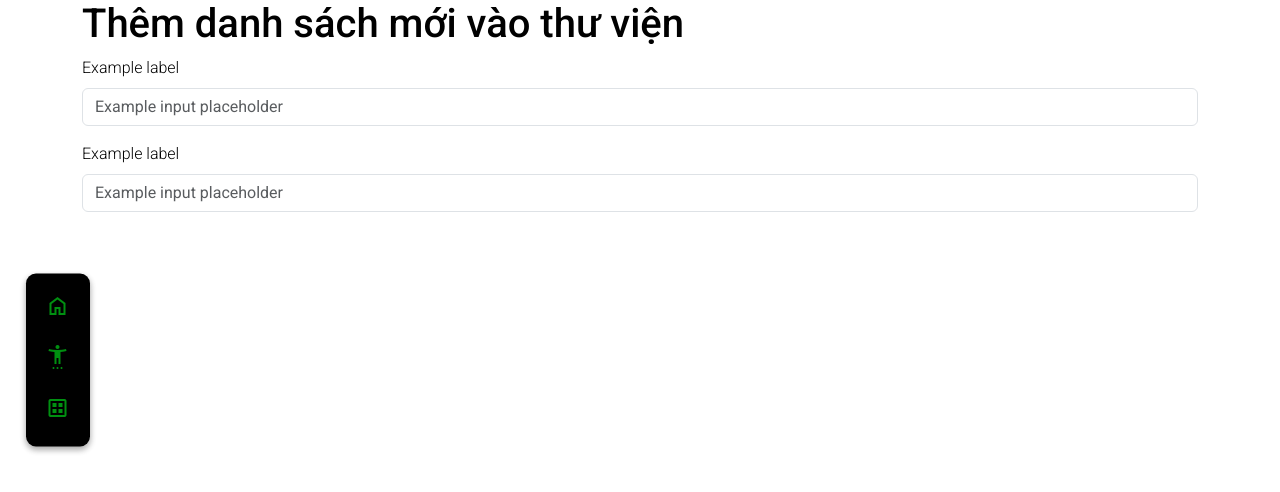
Repository: tuankiet10920/homeworkFEF
Page: /about
These files come from the project's save history. The page is drawn as it stood at one moment and after the next save; the edit follows.
The browser window is 1280 px wide. The pictures show the whole page.
The project was rebuilt for these pictures with package versions that can differ from the ones it lists, and the page was loaded fresh each time. Also part of the build but not shown: vite.config.js, src/views/HomeView.vue. Imported but missing from the stored project, and not drawn on this page: src/assets/audio/intro.mp3.

Above is the page before, as saved 2024-10-24 11:03:31.

### index.html
<!doctype html>
<html lang="en">
  <head>
    <meta charset="UTF-8" />
    <link rel="icon" href="/favicon.ico" />
    <meta name="viewport" content="width=device-width, initial-scale=1.0" />
    <link
      href="https://cdn.jsdelivr.net/npm/bootstrap@5.3.3/dist/css/bootstrap.min.css"
      rel="stylesheet"
      integrity="sha384-QWTKZyjpPEjISv5WaRU9OFeRpok6YctnYmDr5pNlyT2bRjXh0JMhjY6hW+ALEwIH"
      crossorigin="anonymous"
    />
    <link
      rel="stylesheet"
      href="https://fonts.googleapis.com/css2?family=Material+Symbols+Outlined:opsz,wght,FILL,GRAD@20..48,100..700,0..1,-50..200"
    />
    <link rel="preconnect" href="https://fonts.googleapis.com" />
    <link rel="preconnect" href="https://fonts.gstatic.com" crossorigin />
    <link
      href="https://fonts.googleapis.com/css2?family=Roboto:ital,wght@0,100;0,300;0,400;0,500;0,700;0,900;1,100;1,300;1,400;1,500;1,700;1,900&display=swap"
      rel="stylesheet"
    />
    <title>Vite App</title>
    <link rel="stylesheet" href="./src/assets/css/main.css" />
  </head>
  <body>
    <div id="app"></div>
    <script
      src="https://cdn.jsdelivr.net/npm/bootstrap@5.3.3/dist/js/bootstrap.bundle.min.js"
      integrity="sha384-YvpcrYf0tY3lHB60NNkmXc5s9fDVZLESaAA55NDzOxhy9GkcIdslK1eN7N6jIeHz"
      crossorigin="anonymous"
    ></script>
    <script type="module" src="/src/main.js"></script>
  </body>
</html>

### src/assets/css/main.css
* {
  margin: 0;
  padding: 0;
  box-sizing: border-box;
  text-decoration: none;
  color: #000;
  font-size: 16px;
  font-family: 'Roboto', sans-serif;
  font-weight: 300;
  font-style: normal;
}

### src/App.vue
<script setup>
import { RouterLink, RouterView } from 'vue-router'
import GetSrcImage from './assets/help/getSrcImage.js'
import Icon from './components/Icon.vue'
</script>

<template>
  <header>
    <div class="wrapper">
      <nav>
        <RouterLink to="/">
          <Icon iconName="home" />
        </RouterLink>

        <RouterLink to="/about">
          <Icon iconName="settings_accessibility" />
        </RouterLink>

        <RouterLink to="/labs">
          <Icon iconName="dataset" />
        </RouterLink>
      </nav>
    </div>
  </header>
  <RouterView />
</template>

<style scoped>
.wrapper nav a {
  margin-bottom: 20px;
  width: fit-content;
  text-decoration: none;
}
.wrapper nav a span {
  color: #009011;
}
.wrapper nav a:last-child {
  margin-bottom: 0;
}
nav {
  display: flex;
  flex-direction: column;
  justify-content: center;
  position: absolute;
  top: 50%;
  left: 2%;
  transform: translateY(-50%);
  padding: 20px;
  border-radius: 10px;
  background: #000;
  box-shadow:
    rgba(0, 0, 0, 0.16) 0px 3px 6px,
    rgba(0, 0, 0, 0.23) 0px 3px 6px;
}
</style>

### src/router/index.js
import { createRouter, createWebHistory } from 'vue-router'
import HomeView from '../views/HomeView.vue'

const router = createRouter({
  history: createWebHistory(import.meta.env.BASE_URL),
  routes: [
    {
      path: '/',
      name: 'home',
      component: HomeView,
    },
    {
      path: '/about',
      name: 'about',
      // route level code-splitting
      // this generates a separate chunk (About.[hash].js) for this route
      // which is lazy-loaded when the route is visited.
      component: () => import('../views/AboutView.vue'),
    },
    {
      path: '/labs',
      name: 'labs',
      component: () => import('../views/LabView.vue'),
    }
  ],
})

export default router

### src/assets/help/getSrcImage.js
const getSrcImage = (image) => {
    let __path = 'http://localhost:5173/src/assets/img/'
    return __path + image
}
export default getSrcImage

### src/components/Icon.vue
<script setup>
const props = defineProps(['iconName'])
</script>
<template>
  <span class="material-symbols-outlined"> {{ props.iconName }} </span>
</template>
<style scoped></style>

### src/views/AboutView.vue
<script setup>
import Bai1 from '../Labs/Lab4/Bai1.vue'
</script>
<template>
  <Bai1 />
</template>

<style></style>

### src/Labs/Lab4/Bai1.vue
<script setup></script>
<template>
  <div class="container">
    <form>
      <h1>Thêm danh sách mới vào thư viện</h1>
      <div class="mb-3">
        <label for="formGroupExampleInput" class="form-label"
          >Example label</label
        >
        <input
          type="text"
          class="form-control"
          id="formGroupExampleInput"
          placeholder="Example input placeholder"
        />
      </div>
      <div class="mb-3">
        <label for="formGroupExampleInput" class="form-label"
          >Example label</label
        >
        <input
          type="text"
          class="form-control"
          id="formGroupExampleInput"
          placeholder="Example input placeholder"
        />
      </div>
    </form>
  </div>
</template>
<style scoped></style>

### src/Labs/Lab1/Bai2.vue
<script setup></script>
<template>
    <h1>Chào mừng đến với Vuejs</h1>
</template>
<style scoped>
h1{
    color: red;
}
</style>

Loaded but not shown: src/main.js (common file)

After the next save:
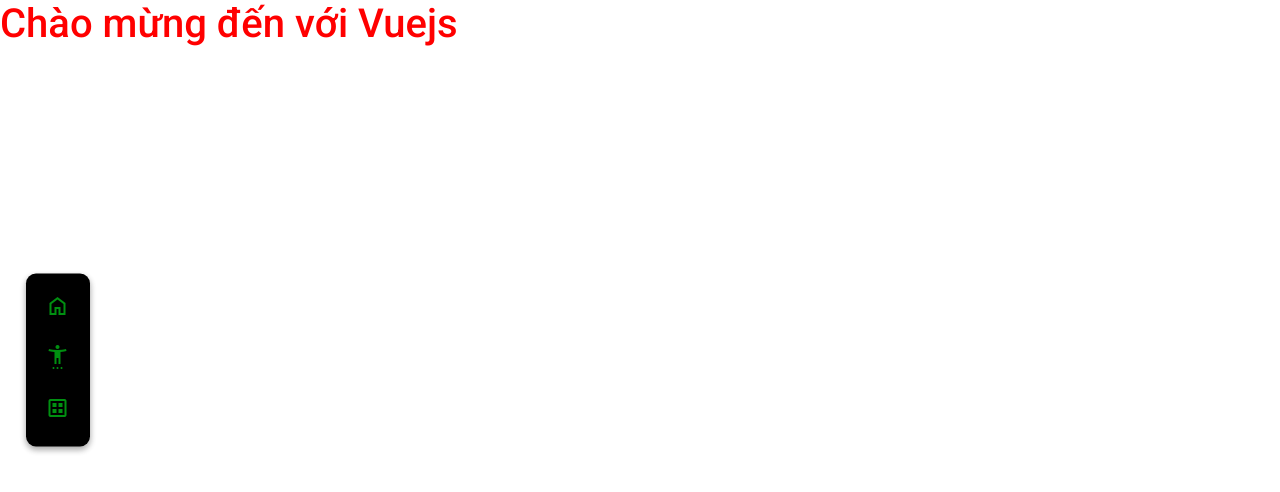
Saved 117 s later.
--- a/src/views/AboutView.vue
+++ b/src/views/AboutView.vue
@@ -1,8 +1,10 @@
 <script setup>
-import Bai1 from '../Labs/Lab4/Bai1.vue'
+const number = 1
+const string = `../Labs/Lab4/Bai${number}.vue`
+import Bai from '@/Labs/Lab1/Bai2.vue'
 </script>
 <template>
-  <Bai1 />
+  <Bai />
 </template>
 
 <style></style>

After the 2 saves that followed:
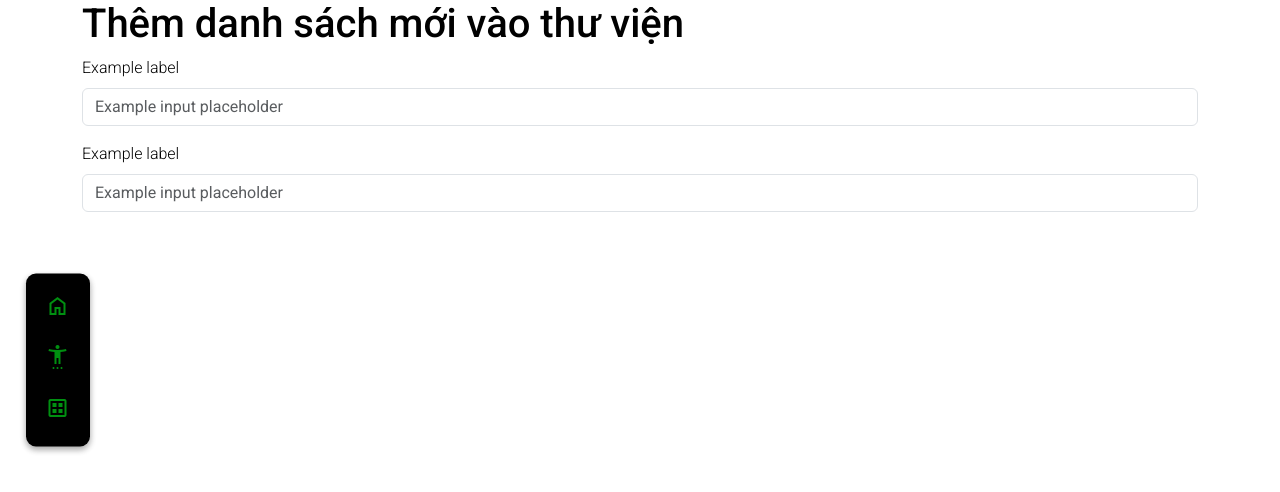
The 2 saves are shown as one change because 1 did not build or start.
The last was saved 53 s later.
--- a/src/views/AboutView.vue
+++ b/src/views/AboutView.vue
@@ -1,10 +1,8 @@
 <script setup>
-const number = 1
-const string = `../Labs/Lab4/Bai${number}.vue`
-import Bai from '@/Labs/Lab1/Bai2.vue'
+import Bai1 from '../Labs/Lab4/Bai1.vue'
 </script>
 <template>
-  <Bai />
+  <Bai1 />
 </template>
 
 <style></style>
